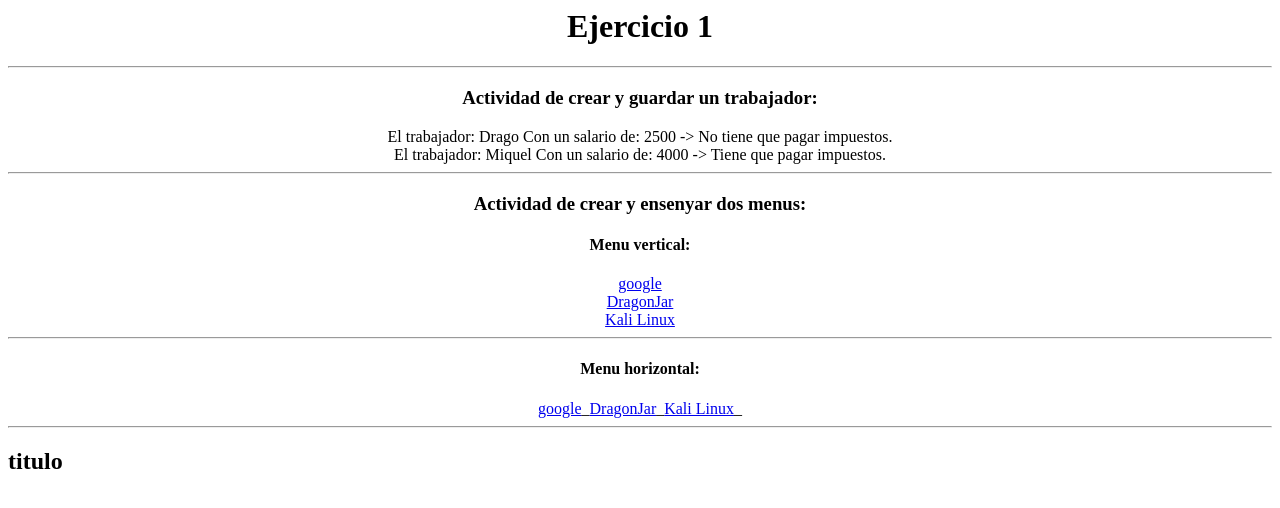
Repository: IlDragoDoro/atomClass
Page: http://localhost/ejercicio1.php
These files come from the project's save history. The page is drawn as it stood at one moment and after the next save; the edit follows.
The browser window is 1280 px wide. The pictures show the whole page.
The page is run by PHP 8.4 with error messages shown; the project is at /var/www/html/.

Above is the page before, as saved 2020-12-03 11:25:53.

After the next save:
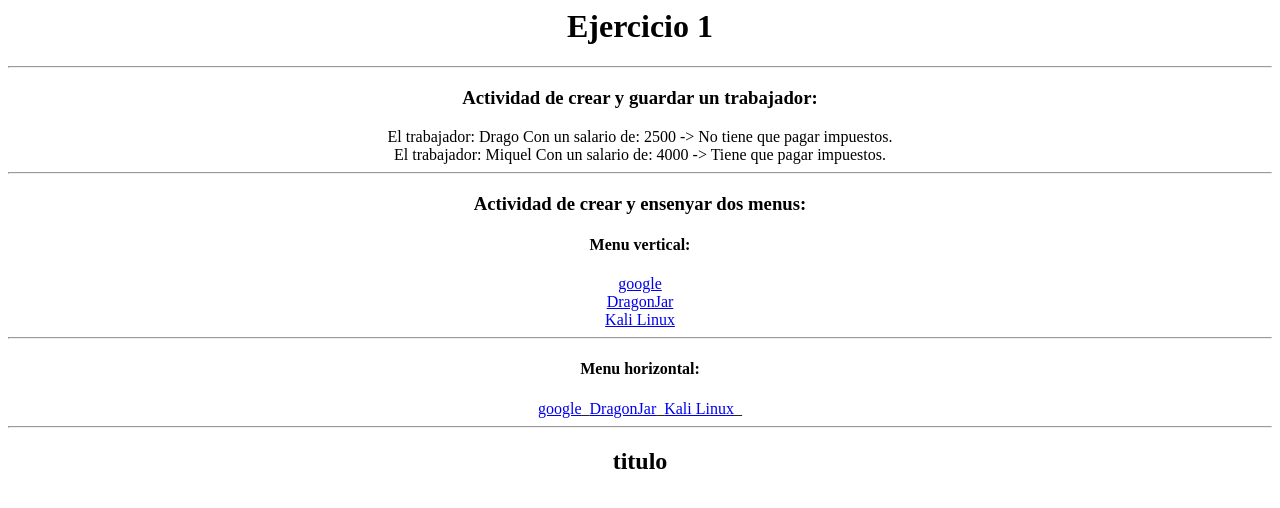
Saved 39 s later.
--- a/DWS/POO/ejercicio1.php
+++ b/DWS/POO/ejercicio1.php
@@ -98,7 +98,7 @@ class header{
     }
     //Creo la función para mostrar el header
     public function mostrar(){
-        echo '<h2 style="">'.$this->titulo.'</h2>';
+        echo '<h2 style="text-align:'.$this->posicion.'">'.$this->titulo.'</h2>';
     }
 }
 
